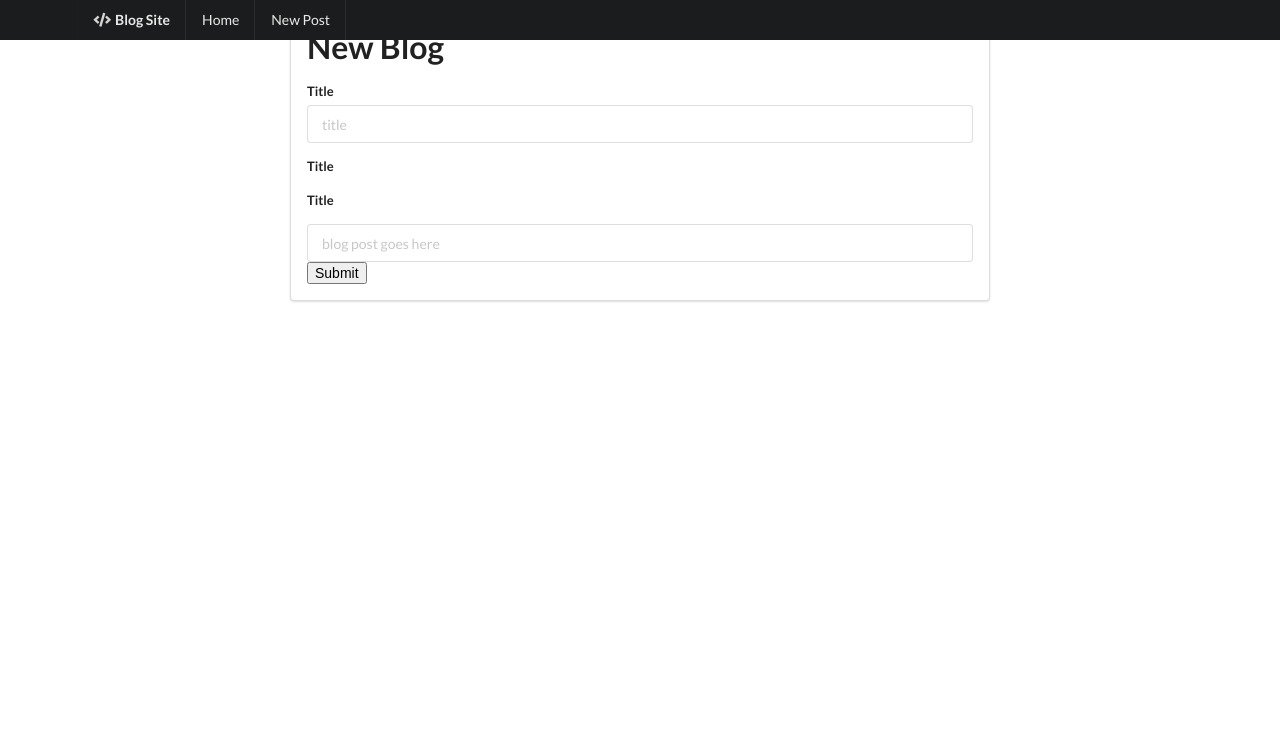
Repository: demioke/web-development-bootcamp
Page: http://localhost/blogs/new
The author's editor kept a record of every edit. The page is drawn from the files as they stood at one moment, then again after the next edit.
The browser window is 1280 px wide. The pictures show the whole page.
Some web libraries are served in a nearby version. The page is served by the project's Node server (RESTful_Routing/RESTfulBlogApp/app.js).

Above is the page before.

### RESTful_Routing/RESTfulBlogApp/views/new.ejs
<% include ./partials/header.ejs %>

<div class="ui main text container segment">
    <div class="ui huge header">New Blog</div>
    <form class="ui form" action="/blogs" method="POST">
        <div class="field">
            <label>Title</label>
            <input type="text" name="blog[title]" placeholder="title">
        </div>
        <div class="field">
            <label>Title</label>
        </div>
        <div class="field">
            <label>Title</label>
        </div>


        <input type="text" name="blog[body]" placeholder="blog post goes here">
        <input type="submit">
    </form>
</div>

<% include ./partials/footer.ejs %>

<!--<input type="text" name="blog[title]">-->
<!--What this will do is, instead of making the value for title available directly -->
<!--from req.body.title it will put it inside of an object, like so: req.body.blog.title-->
<!--same goes for "blog[image]" and name="blog[body]".-->
<!--Now all of the values from the inputs in the form get added into one object (req.body.blog) -->
<!--and you can easily input that data into the database simply by passing in req.body.blog to Blog.create()-->

### RESTful_Routing/RESTfulBlogApp/views/partials/header.ejs
<!DOCTYPE html>
<html>
    <head>
        <title>Blog App</title>
        <link rel="stylesheet" type="text/css" href="https://cdnjs.cloudflare.com/ajax/libs/semantic-ui/2.3.2/semantic.min.css">
        <link rel="stylesheet" type="text/css" href="/stylesheets/app.css">
    </head>
    <body>
        <div class="ui fixed inverted menu">
            <div class="ui container">
                <div class="header item"><i class="code icon"></i> Blog Site</div>
                <a href="/" class="item">Home</a>
                <a href="/blogs/new" class="item">New Post</a>
            </div>
        </div>

### RESTful_Routing/RESTfulBlogApp/app.js
var express = require("express");
var app = express();
var bodyParser = require("body-parser");
var mongoose = require("mongoose");
var methodOverride = require("method-override");
var expressSanitizer = require("express-sanitizer");

// APP CONFIG
mongoose.connect("mongodb://localhost/restful_blog_app");
app.set("view engine", "ejs");
app.use(express.static("public")); // allows us to serve custo stylesheets saved in this directory
app.use(bodyParser.urlencoded({extended: true}));
app.use(expressSanitizer()); //has to come after body-parser. allows us to prevent users from entering script tags int htmls
app.use(methodOverride("_method")); // looks for _method in urls to enable html to make PUT and DELETE requests


// MONGOOSE/MODEL CONFIG
var blogSchema = new mongoose.Schema({
    title: String,
    image: String,
    body: String,
    created: {type: Date, default: Date.now} //the date the object i.e. the blog was created. default variable can be used in other obj variabls as used here
});
var Blog = mongoose.model("Blog", blogSchema);

// RESTFUL ROUTES

app.get("/", function(req, res) {
    res.redirect("/blogs");
});

// INDEX ROUTE
app.get("/blogs", function(req, res) {
    Blog.find({}, function(err, blogs) { // find all blogs in DB: "blogs"
        if(err) {
            console.log("ERROR");
        }
        else {
            res.render("index", {blogs: blogs}); // pass all blogs to ejs as "blogs"
        }
    });
});

// NEW ROUTE
app.get("/blogs/new", function(req, res) {
   res.render("new");
});

// CREATE ROUTE
app.post("/blogs", function(req, res) {
    // create blog
    console.log(req.body.blog.body);
    req.body.blog.body = req.sanitize(req.body.blog.body); //sanitizes body of blog
    console.log("=====================");
    console.log(req.body.blog.body);
    Blog.create(req.body.blog, function(err, newBlog) {
        if(err) {
            res.render("new");
        }
        else { // redirect to the index
            res.redirect("/blogs");
        }
    });
});

// SHOW ROUTE
app.get("/blogs/:id", function(req, res) {
    Blog.findById(req.params.id, function(err, foundBlog) {
        if(err) {
            res.redirect("/blogs");
        }
        else {
            res.render("show", {blog: foundBlog});
        }
    });
});

// EDIT ROUTE
app.get("/blogs/:id/edit", function(req, res) {
    Blog.findById(req.params.id, function(err, foundBlog) {
        if(err) {
            res.redirect("/blogs");
        }
        else {
            res.render("edit", {blog: foundBlog});
        }
    });
});

// UPDATE ROUTE
app.put("/blogs/:id", function(req, res) {
    req.body.blog.body = req.sanitize(req.body.blog.body); //sanitizes body of blog
    Blog.findByIdAndUpdate(req.params.id, req.body.blog, function(err, updatedBlog) { // 2nd parameter of fn is the new updated data
        if(err) {
            res.redirect("/blogs");
        }
        else {
            res.redirect("/blogs/" + req.params.id) // redirects back to show page with updated blog
        }
    });
});

// DELETE ROUTE
app.delete("/blogs/:id", function(req, res) {
    //destroy blog
    Blog.findByIdAndRemove(req.params.id, function(err) { // callback fn only takes err argument as blog data may be deleted
        if(err) {
            res.redirect("/blogs");
        }
        else {
            res.redirect("/blogs");
        }
    });
    //redirect somewhere
});

app.listen(process.env.PORT, process.env.IP, function() {
    console.log("SERVER IS RUNNING");
});

### RESTful_Routing/RESTfulBlogApp/public/stylesheets/app.css
i .icon {
    font-size: 4em;
}

Loaded but not shown: RESTful_Routing/RESTfulBlogApp/views/partials/footer.ejs (common file)

After the next edit:
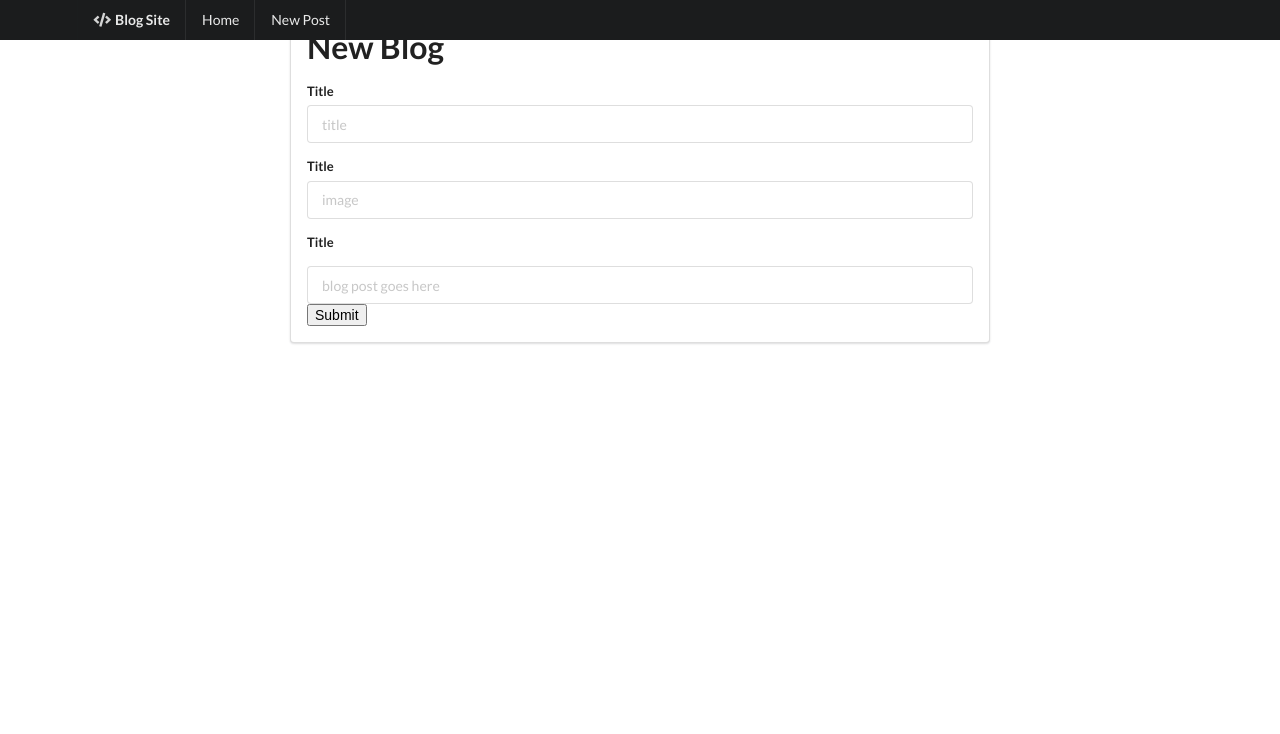
The edit:
--- a/RESTful_Routing/RESTfulBlogApp/views/new.ejs
+++ b/RESTful_Routing/RESTfulBlogApp/views/new.ejs
@@ -9,6 +9,7 @@
         </div>
         <div class="field">
             <label>Title</label>
+            <input type="text" name="blog[image]" placeholder="image">
         </div>
         <div class="field">
             <label>Title</label>
